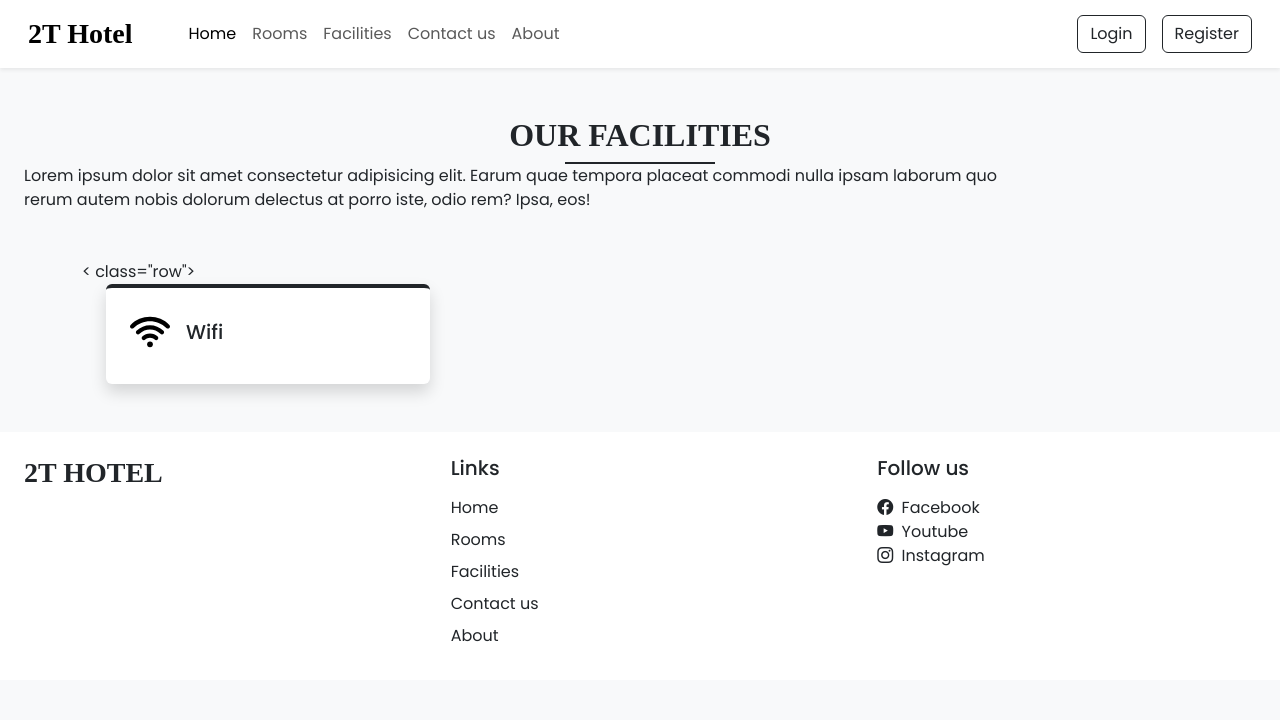
Repository: ntruong0906/desktop-tutorial
Page: http://localhost/facilities.php
These files come from the project's save history. The page is drawn as it stood at one moment and after the next save; the edit follows.
The browser window is 1280 px wide. The pictures show the whole page.
Some web fonts or font styles are not loaded; a fallback is used. The page is run by PHP 8.4 with error messages shown; the project is at /var/www/html/.

Above is the page before, as saved 2024-03-17 16:31:57.

After the next save:
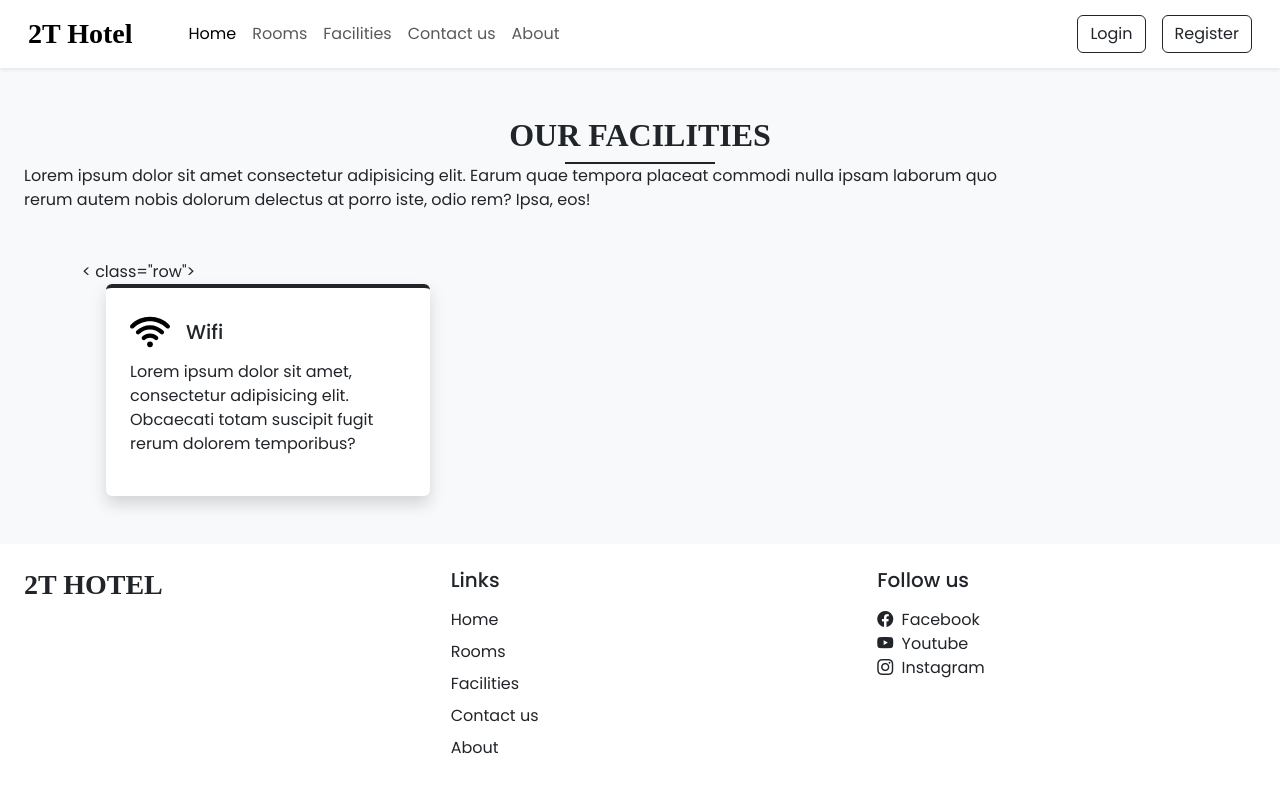
Saved 32 s later.
--- a/WebsiteBookingHotel/facilities.php
+++ b/WebsiteBookingHotel/facilities.php
@@ -35,6 +35,8 @@
                         <img src="images/features/wifi.svg" alt="" width="40px">
                         <h5 class="m-0 ms-3">Wifi</h5>
                     </div>
+                    <p>Lorem ipsum dolor sit amet, consectetur adipisicing elit. Obcaecati totam suscipit fugit rerum
+                        dolorem temporibus?</p>
                 </div>
             </div>
     </div>
